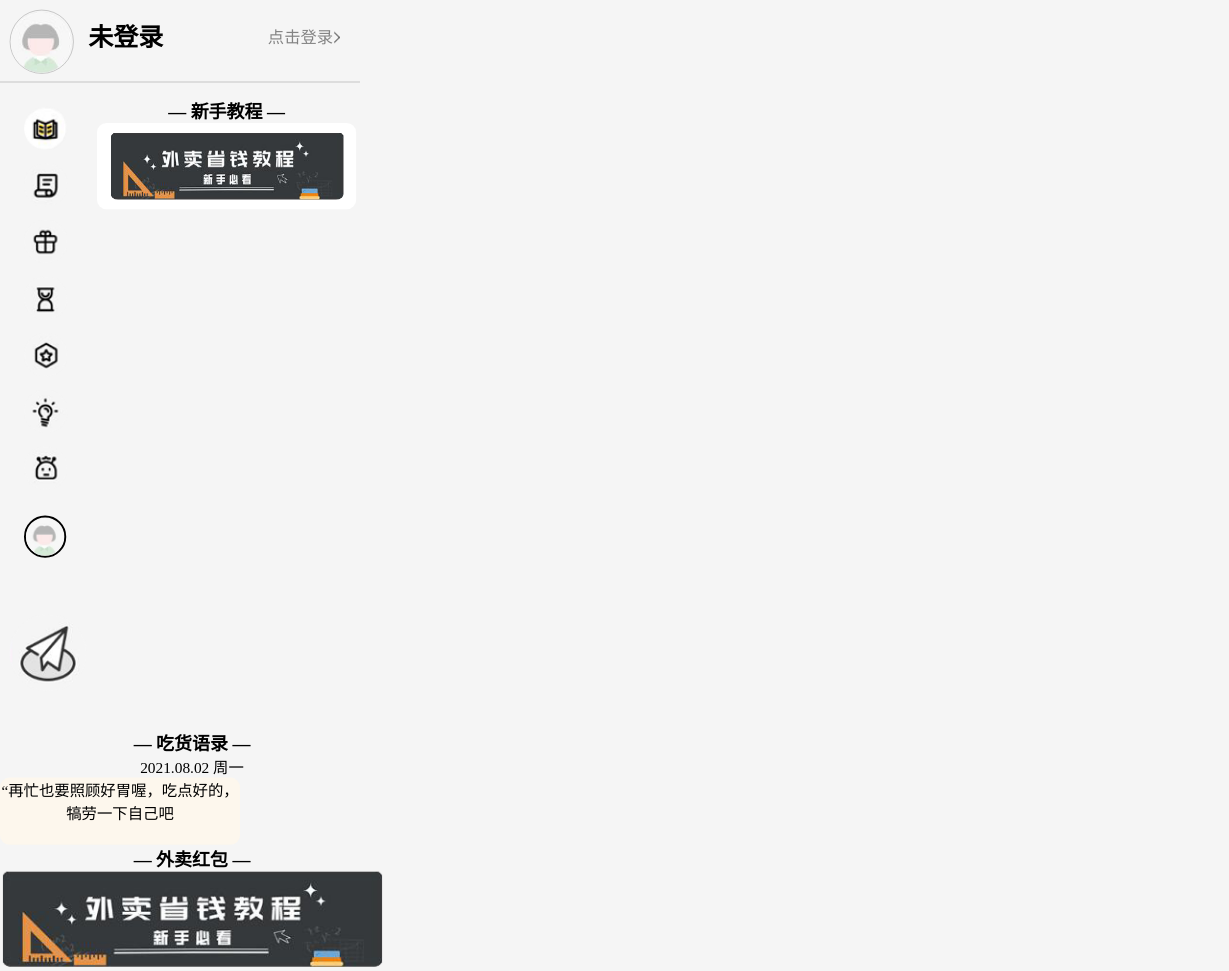
Repository: Privatexiao/projects
Page: Takeout assistant/index.html
These files come from the project's save history. The page is drawn as it stood at one moment and after the next save; the edit follows.
The browser window is 1280 px wide. The pictures show the whole page, at 96% of full size.

Above is the page before, as saved 2021-08-02 17:07:06.

After the next save:
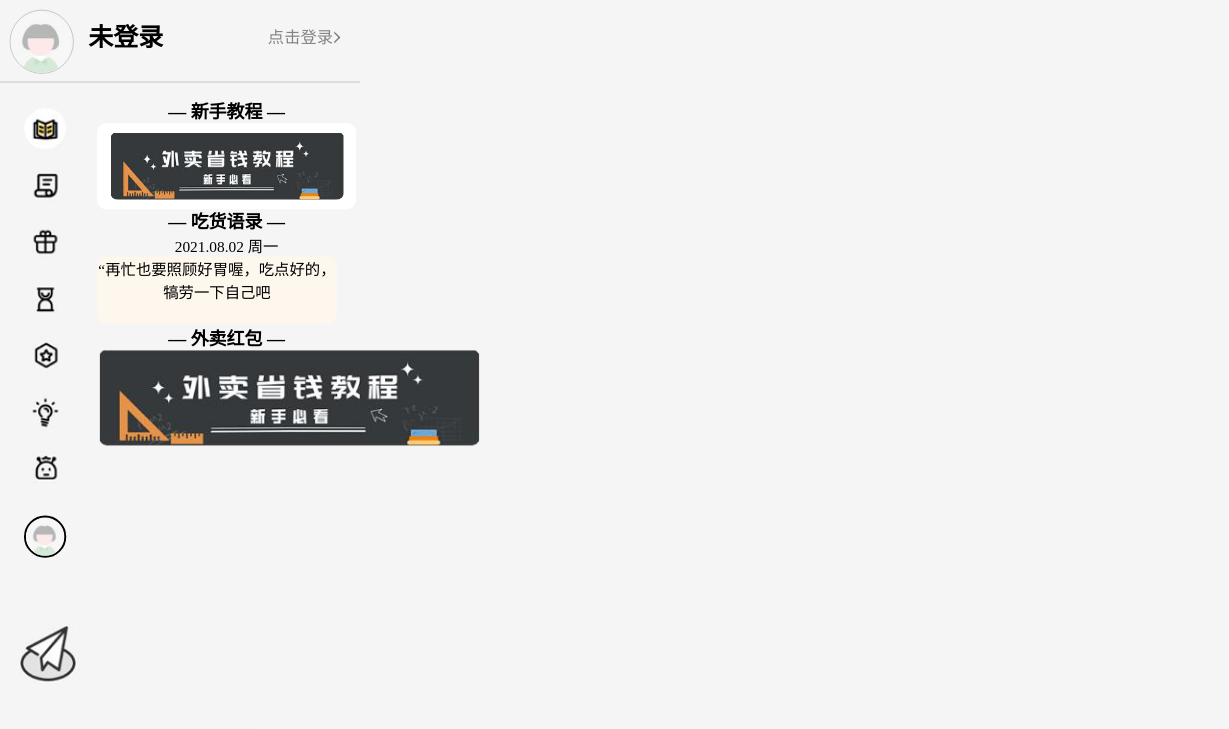
Saved 11 s later.
--- a/Takeout assistant/css/index.css
+++ b/Takeout assistant/css/index.css
@@ -109,6 +109,9 @@ ul,ol{
 /* 吃货语录 */
 .VersionQuotation{
     float: left;
+    margin: 15px 1px 10px 1px;
+    width: 270px;
+    height: 90px;
 }
 .VersionQuotation p{
     text-align: center;
